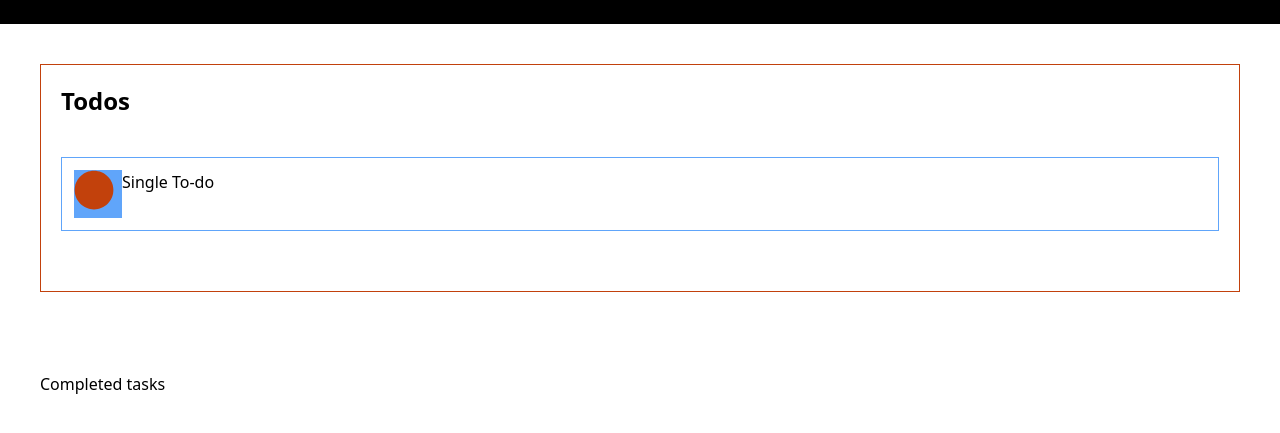
Repository: thekingisherenow/personalTodo
Page: /
An editor plug-in stored every save of this project. The page is shown before and after the next save, followed by the edit.
The browser window is 1280 px wide. The pictures show the whole page.
The project was rebuilt for these pictures with package versions that can differ from the ones it lists, and the page was loaded fresh each time. The framework's server and built-in components were replaced by stand-ins that run in the browser. Also part of the build but not shown: next.config.js, styles/Home.module.css.

Above is the page before, as saved 2022-12-15 16:11:15.

After the next save:
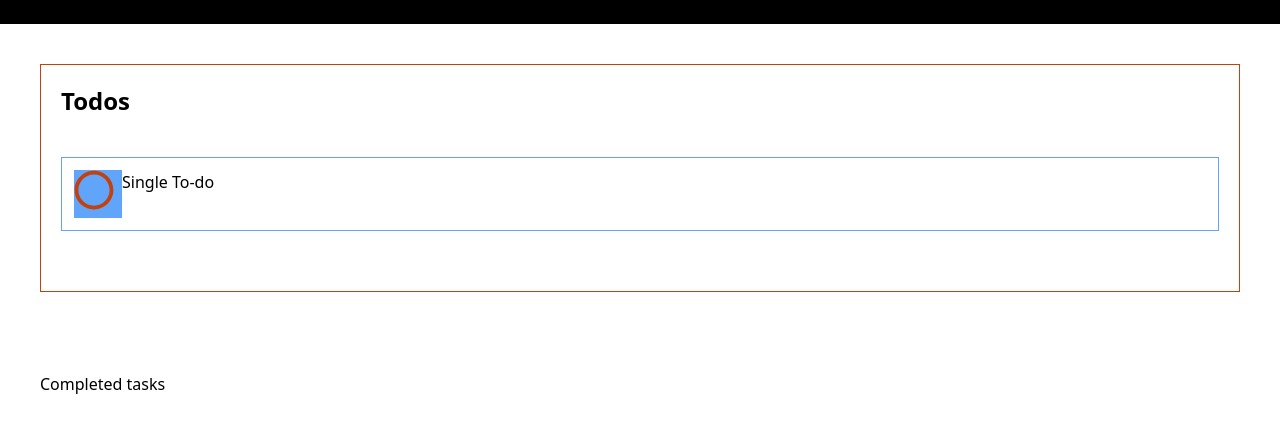
Saved 21 s later.
--- a/components/Todo.js
+++ b/components/Todo.js
@@ -1,6 +1,6 @@
 import React, { useState } from 'react'
 import { CheckCircleIcon } from '@heroicons/react/24/outline'
-import { FaCircle ,FaRegCheckCircle } from 'react-icons/fa';
+import { FaRegCircle ,FaRegCheckCircle } from 'react-icons/fa';
 
 function Todo() {
     const [check, setCheck] = useState(false)
@@ -14,7 +14,7 @@ function Todo() {
 
 <FaRegCheckCircle
 className=' text-orange-700 w-10 h-10 ' /> :
-<FaCircle className='w-10 text-orange-700 h-10' />
+<FaRegCircle className='w-10 text-orange-700 h-10' />
 }
 </div>
 
